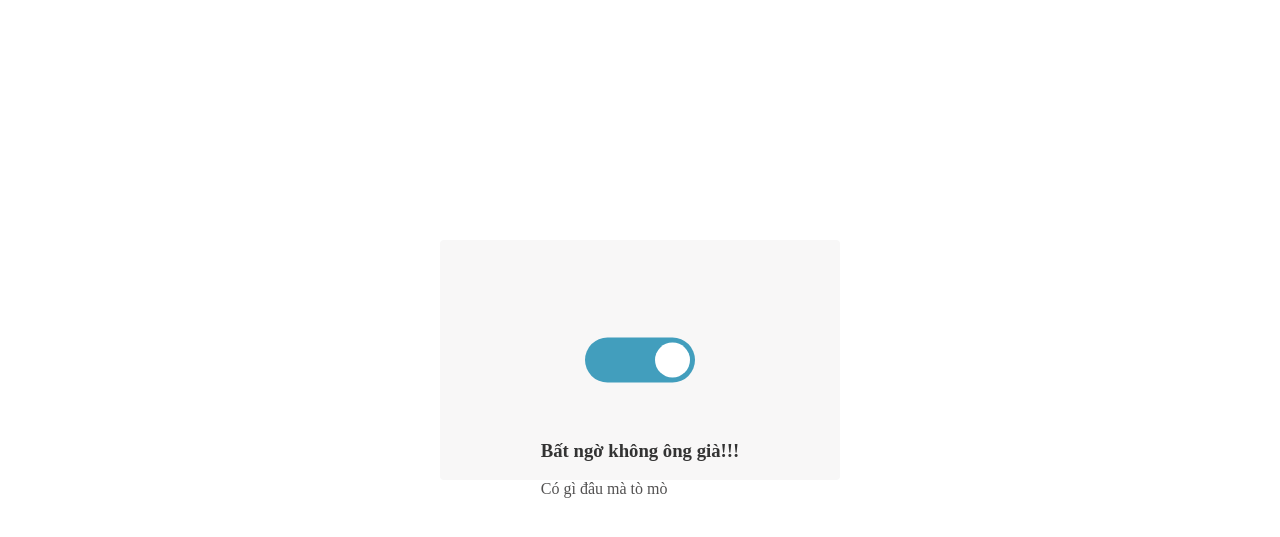
Repository: haokiet2501/troll-my-react
Page: /, after clicking the first element matching `div.toggle-center`
These files come from the project's save history. The page is drawn as it stood at one moment and after the next save; the edit follows.
The browser window is 1280 px wide. The pictures show the whole page.
The project was rebuilt for these pictures with package versions that can differ from the ones it lists, and the page was loaded fresh each time.

Above is the page before, as saved 2022-07-30 23:12:38.

### src/index.css
.toggle-center {
  position: absolute;
  top: 50%;
  left: 50%;
  transform: translate(-50%, -50%);
  width: 25rem;
  height: 15rem;
  border-radius: 0.25rem;
  background-color: #f8f7f7;
}

.toggle-center:hover {
  box-shadow: 0 4px 8px rgba(0, 0, 0, 0.25);
}

.toggle {
  position: absolute;
  top: 50%;
  left: 50%;
  transform: translate(-50%, -50%);
}

.todo-center {
  position: absolute;
  top: 65%;
  left: 50%;
  transform: translate(-50%, -50%);
  z-index: 999;
}

.toggle-control {
  position: absolute;
  top: 75%;
  left: 50%;
  transform: translate(-50%, -50%);
  display: flex;
  text-transform: uppercase;
}

.toggle {
  width: 100px;
  height: 35px;
  background-color: #ccc;
  padding: 5px;
  border-radius: 100rem;
  cursor: pointer;
}

.toggle.active {
  background-color: #429EBD;
}

.spinner {
  position: absolute;
  width: 35px;
  height: 35px;
  left: 0;
  margin-left: 5px;
  border-radius: 50%;
  background-color: #fff;
  transition: 0.3s linear;
}

.spinner.active {
  transform: translateX(65px);
  transition: 0.3s linear;
}

.toggle-on {
  margin-right: 0.5rem;
}

h3 {
  color: #333;
}

p {
  color: rgb(82, 81, 81);
}

### src/App.js
import Toggle from "./components/Toggle";

function App() {
  return (
    <>
      <Toggle />
    </>
  );
}

export default App;

### src/components/Toggle.jsx
import { useState } from "react"
import Todo from "./Todo";

const Toggle = () => {
    const [on, setOn] = useState(false);

    const handleClick = () => {
        setOn((on) => !on);
    }

    return (
        <>
            {on && <Todo />}
            <div className="toggle-center" onClick={handleClick}>
                <div className={`toggle ${on ? 'active' : ''}`}>
                    <div className={`spinner ${on ? 'active' : ''}`}></div>
                </div>
            </div>
        </>
    )
}

export default Toggle

### src/components/Todo.jsx
import React from 'react'

const Todo = () => {
    return (
        <div className='todo-center'>
            <h3>Bất ngờ không ông già!!!</h3>
            <p>Có gì đâu mà tò mò</p>
        </div>
    )
}

export default Todo

Loaded but not shown: public/index.html (common file); src/index.js (common file); src/reportWebVitals.js (common file)

After the next save:
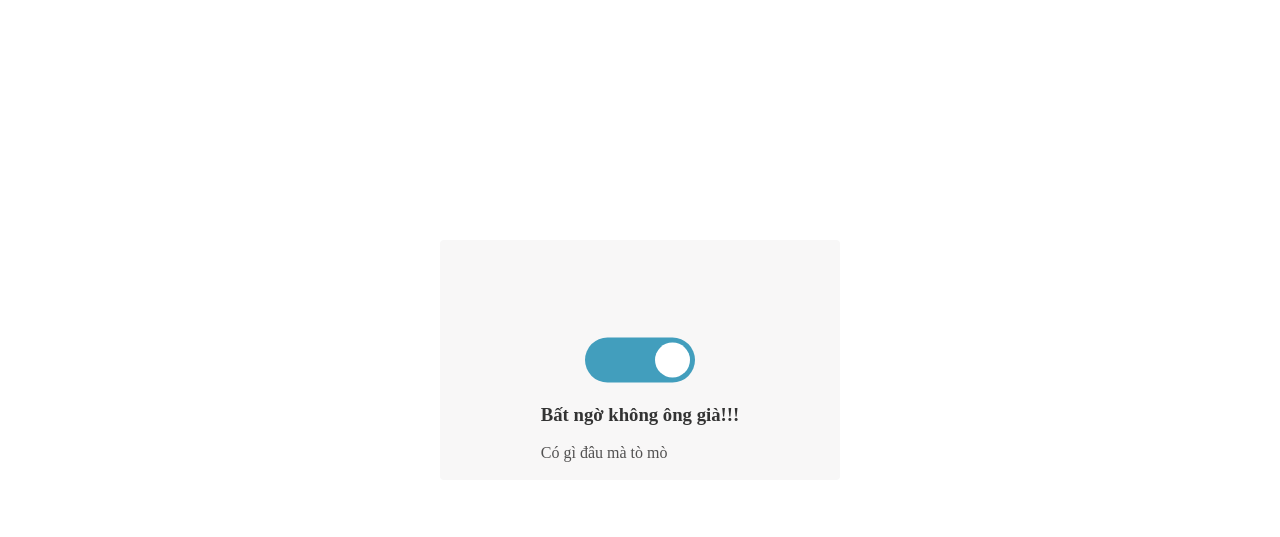
Saved 5 s later.
--- a/src/index.css
+++ b/src/index.css
@@ -22,7 +22,7 @@
 
 .todo-center {
   position: absolute;
-  top: 65%;
+  top: 60%;
   left: 50%;
   transform: translate(-50%, -50%);
   z-index: 999;

After the save that followed:
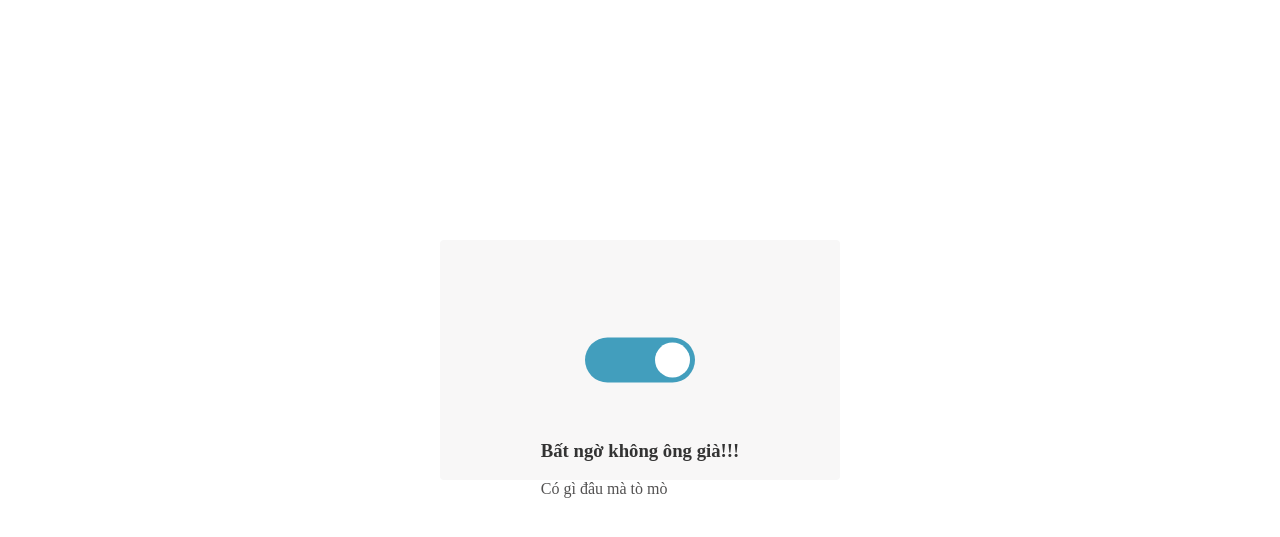
Saved 5 s later.
--- a/src/index.css
+++ b/src/index.css
@@ -22,7 +22,7 @@
 
 .todo-center {
   position: absolute;
-  top: 60%;
+  top: 65%;
   left: 50%;
   transform: translate(-50%, -50%);
   z-index: 999;
